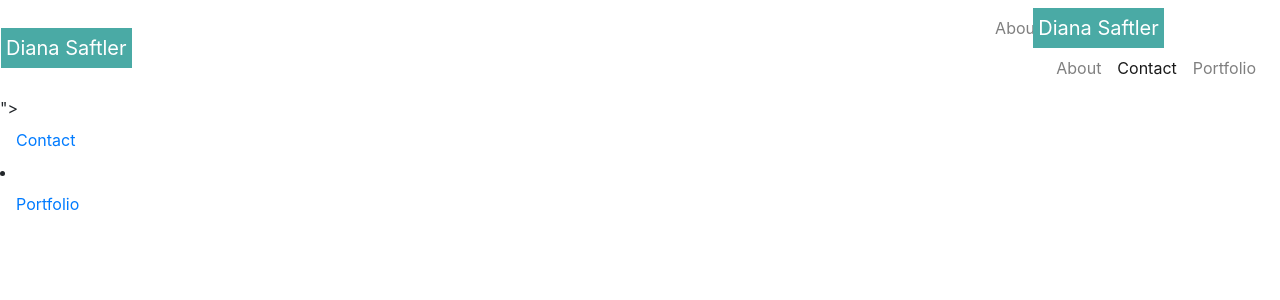
Repository: dsaftler/Bootstrap-Portfolio
Page: contact.html
An editor plug-in stored every save of this project. The page is shown before and after the next save, followed by the edit.
The browser window is 1280 px wide. The pictures show the whole page.

Above is the page before, as saved 2019-03-20 22:25:32.

After the next save:
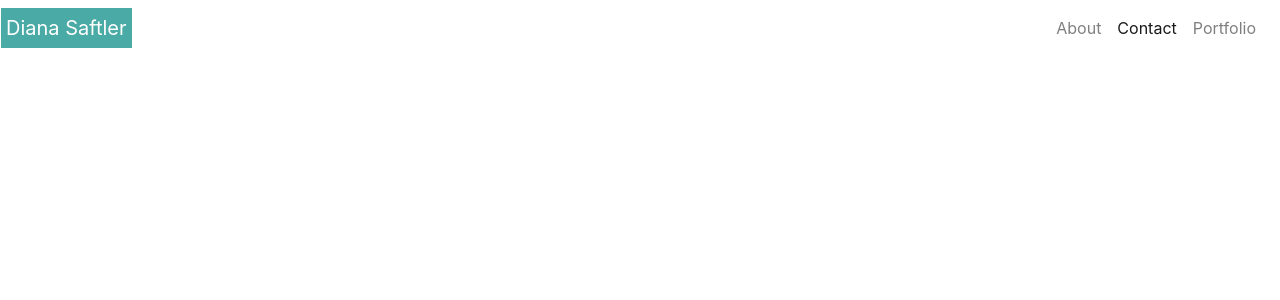
Saved 103 s later.
--- a/contact.html
+++ b/contact.html
@@ -17,18 +17,7 @@
         <div class="collapse navbar-collapse" id="navbarSupportedContent">
           <ul class="navbar-nav ml-auto">
             <li class="nav-item">
-              <a class="nav-link"href="index.html">About<span class="sr-only">(current)</span></a>
-            </li>
-            <li class="nav-item     <nav class="navbar navbar-expand-lg navbar-light" >
-        <a class="navbar-brand"  style="background-color: #4aaaa5; color: white; padding-right: 5px; padding-left: 5px; margin-left: -15px" href="#"> Diana Saftler </a>
-        <button class="navbar-toggler" type="button" data-toggle="collapse" data-target="#navbarSupportedContent" aria-controls="navbarSupportedContent" aria-expanded="false" aria-label="Toggle navigation">
-          <span class="navbar-toggler-icon"></span>
-        </button>
-
-        <div class="collapse navbar-collapse" id="navbarSupportedContent">
-          <ul class="navbar-nav ml-auto">
-            <li class="nav-item">
-              <a class="nav-link"href="index.html">About<span class="sr-only">(current)</span></a>
+              <a class="nav-link"href="index.html">About</a>
             </li>
             <li class="nav-item active">
               <a class="nav-link" href="contact.html">Contact<span class="sr-only">(current)</span></a>
@@ -38,14 +27,7 @@
              </li>
           </ul>
         </div>
-      </nav>">
-              <a class="nav-link" href="contact.html">Contact</a>
-            </li>
-            <li class="nav-item">
-                <a class="nav-link"  href="portfolio.html">Portfolio</a>
-             </li>
-          </ul>
-        </div>
       </nav>
+
 </body>
 </html>
